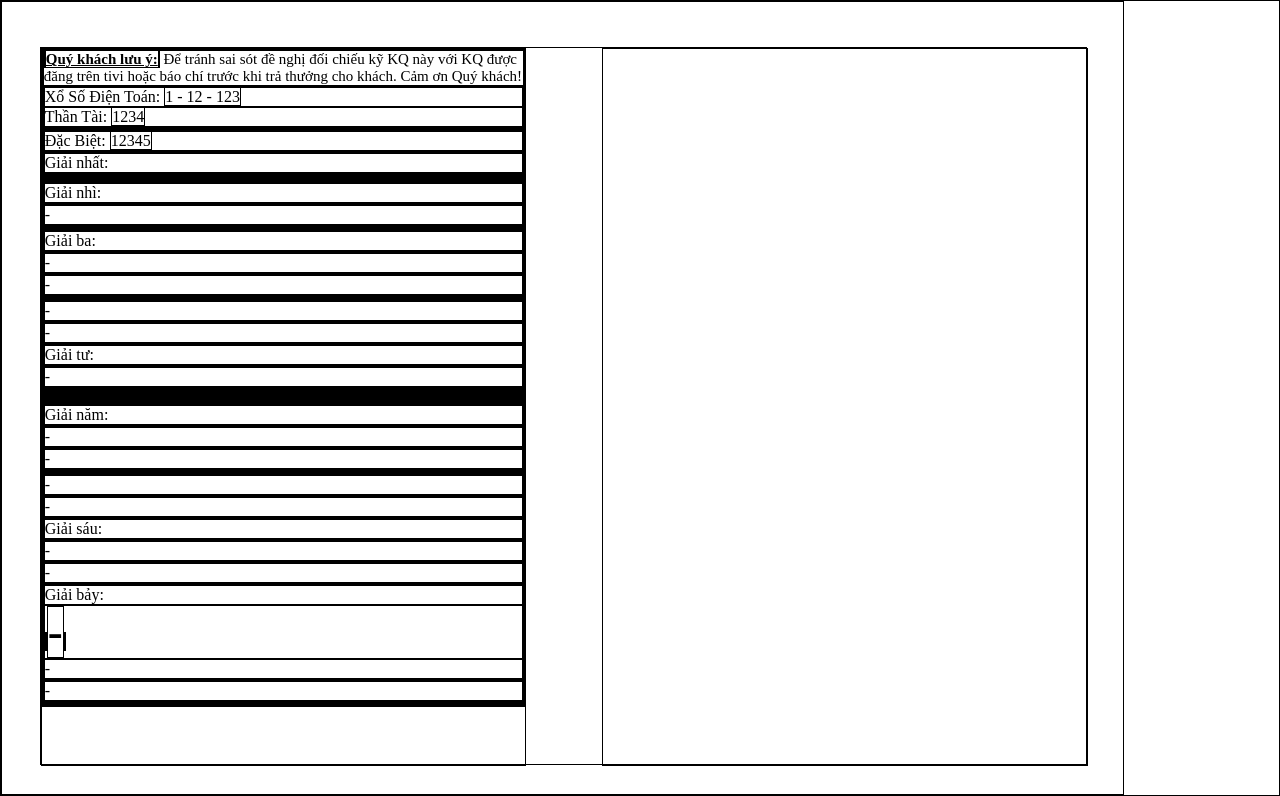
Repository: AnhDuc0125/xskt123
Page: index.html
An editor plug-in stored every save of this project. The page is shown before and after a run of saves, followed by the edit.
The browser window is 1280 px wide. The pictures show the whole page.

Above is the page before, as saved 2022-01-29 16:23:43.

After the next 2 saves:
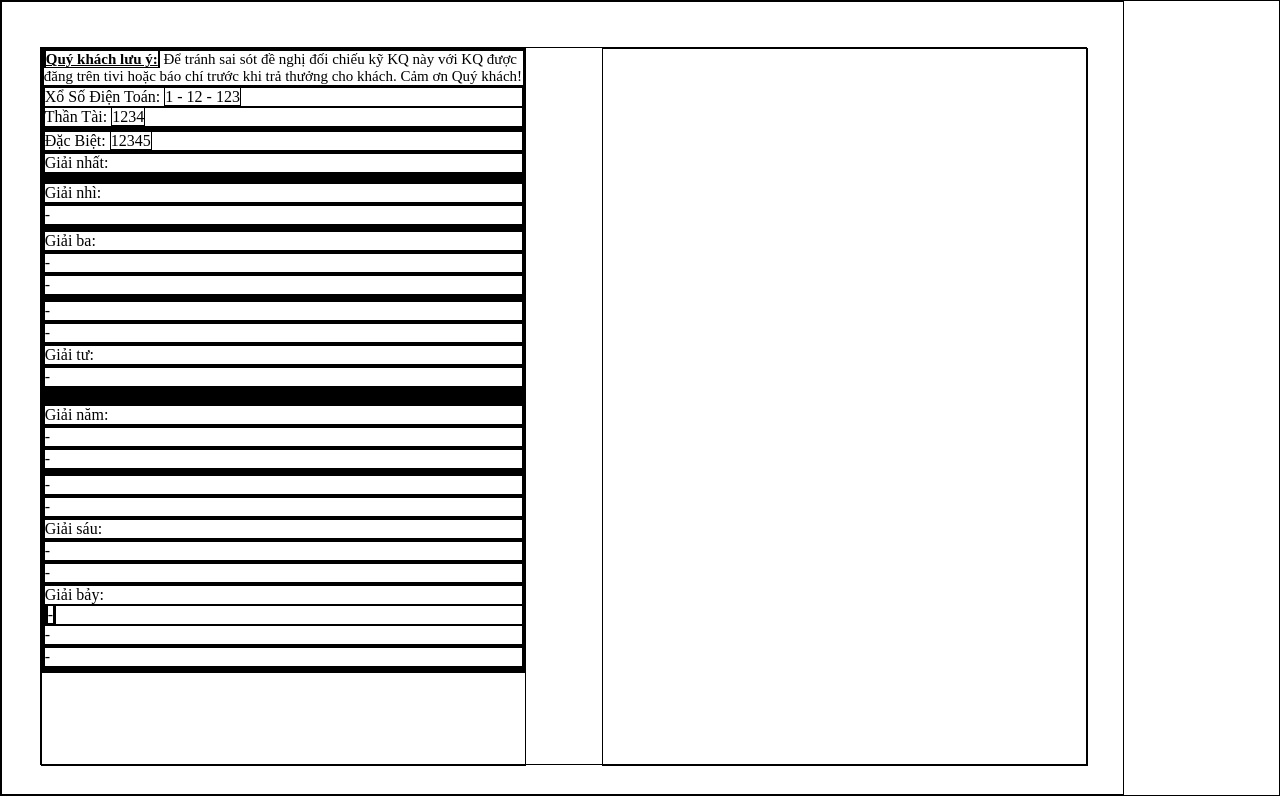
The 2 saves are shown as one change because they came seconds apart.
The last was saved 9 s later.
--- a/index.html
+++ b/index.html
@@ -102,7 +102,7 @@
             <div class="body__item">Giải bảy:</div>
             <div class="body__item">
               <span id="data-fill"></span>
-              <span style="font-size: 45px; font-weight: bold">- </span>
+              <span>-</span>
               <span id="data-fill"></span>
             </div>
             <div class="body__item main-center">-</div>
